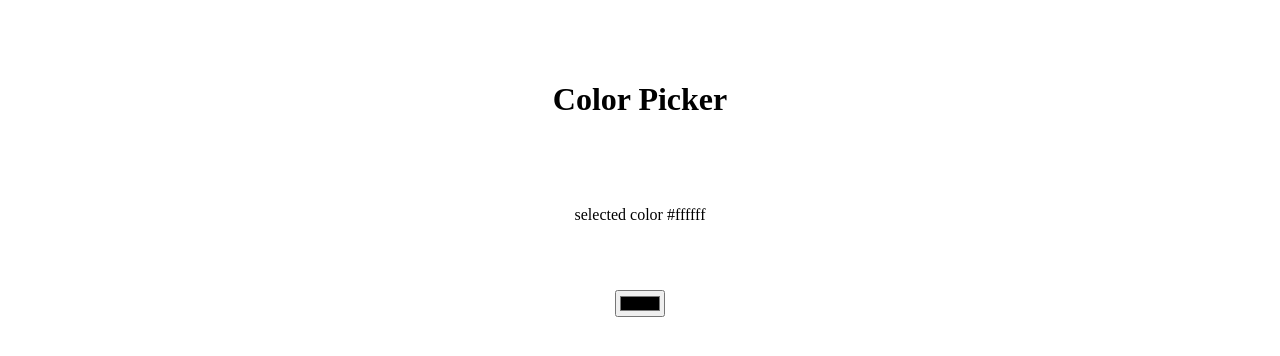
Repository: wakoya-tech/color-picker
Page: /
The author's editor kept a copy of each file at every save. The page is drawn from the files as they stood at one save, then again after the next save.
The browser window is 1280 px wide. The pictures show the whole page.
The project was rebuilt for these pictures with package versions that can differ from the ones it lists, and the page was loaded fresh each time. Also part of the build but not shown: vite.config.js, src/index.css.

Above is the page before, as saved 2025-10-16 20:49:01.

After the next save:
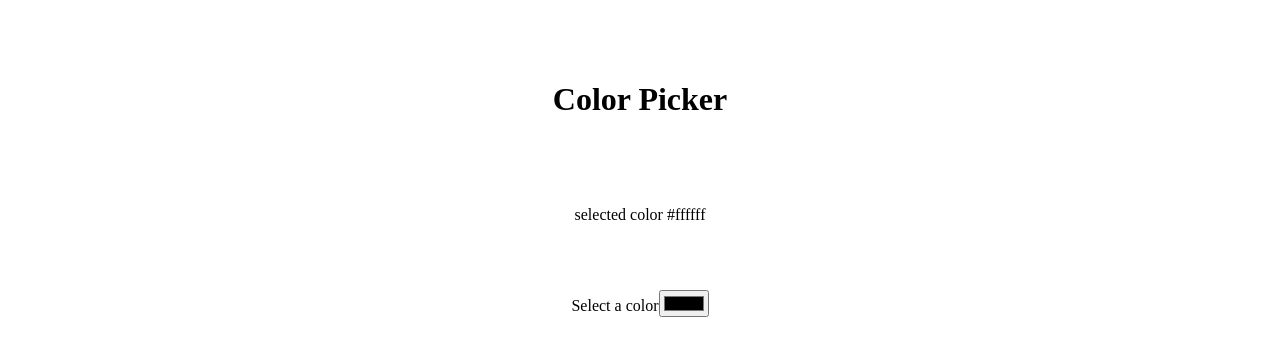
Saved 28 s later.
--- a/src/ColorPicker.jsx
+++ b/src/ColorPicker.jsx
@@ -13,7 +13,7 @@ function handleColorChange(e)
   <p>selected color {color}</p>
 </div>
     <div>
-      <label Select a color></label>
+      <label> Select a color</label>
       <input type="color" onChange={handleColorChange}/>
     </div>
     </div>
